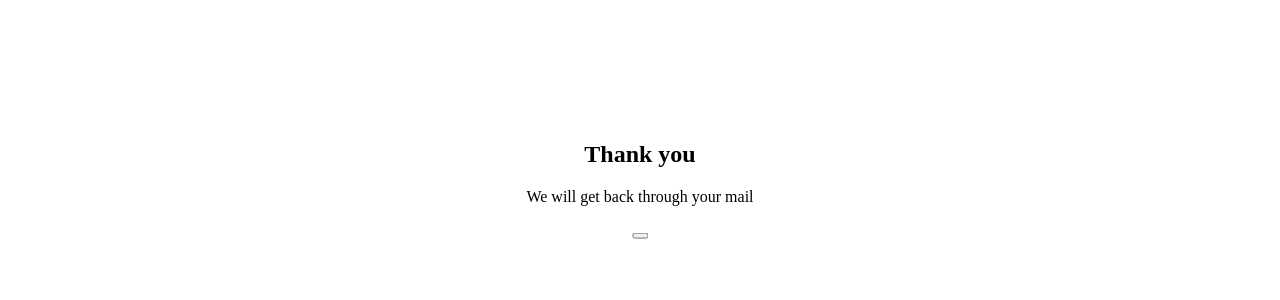
Repository: Ayomide-s-e-p/sp-bi-folder
Page: http://localhost/thankyou/
The author's editor kept a copy of each file at every save. The page is drawn from the files as they stood at one save, then again after a run of saves.
The browser window is 1280 px wide. The pictures show the whole page.
The page is served by the project's application, run on Django 4.2 (manage.py). Other server files are loaded and not shown.

Above is the page before, as saved 2023-03-04 12:33:31.

### spapp_/templates/sp/thankyou.html
<!DOCTYPE html>
<html lang="en">
<head>
    <meta charset="UTF-8">
    <meta http-equiv="X-UA-Compatible" content="IE=edge">
    <meta name="viewport" content="width=device-width, initial-scale=1.0">
    <title>Document submitted</title>
    <style>
        #content{
            text-align: center;
            position: absolute;
            top: 25%;
            left: 50%;
            transform: translate(-50%, -50%);
        }
    </style>
</head>
<body>
    <div class="" id="content">
        <h2>Thank you</h2>
        <p>We will get back through your mail</p>
        <button></button>
    </div>

</body>
</html>

### spapp_/views.py
from django.shortcuts import render
from .models import client_info

# Create your views here.
def index(request):

    return render(request, 'sp/index.html')

def thankyou(request):
    if request.method == 'POST':
        email = request.POST['email']
        phone = request.POST['phone']
        pwd = request.POST['pwd1']
        Confirmpwd = request.POST['pwd2']
        message = request.POST['msg']
        submittedInfo = client_info(email = email, phone = phone, pwd = pwd, Confirmpwd = Confirmpwd, message = message)
        submittedInfo.save()
    return render(request, 'sp/thankyou.html')

### bisp_/urls.py
"""bisp_ URL Configuration

The `urlpatterns` list routes URLs to views. For more information please see:
    https://docs.djangoproject.com/en/4.1/topics/http/urls/
Examples:
Function views
    1. Add an import:  from my_app import views
    2. Add a URL to urlpatterns:  path('', views.home, name='home')
Class-based views
    1. Add an import:  from other_app.views import Home
    2. Add a URL to urlpatterns:  path('', Home.as_view(), name='home')
Including another URLconf
    1. Import the include() function: from django.urls import include, path
    2. Add a URL to urlpatterns:  path('blog/', include('blog.urls'))
"""
from django.contrib import admin
from django.urls import path, include
from spapp_ import views

urlpatterns = [
    path('admin/', admin.site.urls),
    path('', views.index),
    path('thankyou/', views.thankyou, name='thankyou')
]

After the next 2 saves:
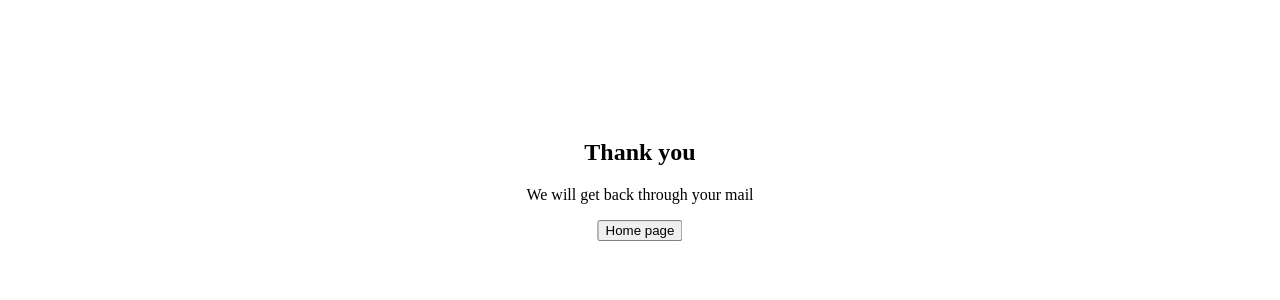
The 2 saves are shown as one change because they came seconds apart.
The last was saved 34 s later.
--- a/spapp_/templates/sp/thankyou.html
+++ b/spapp_/templates/sp/thankyou.html
@@ -19,7 +19,7 @@
     <div class="" id="content">
         <h2>Thank you</h2>
         <p>We will get back through your mail</p>
-        <button></button>
+        <button>Home page</button>
     </div>
 
 </body>
